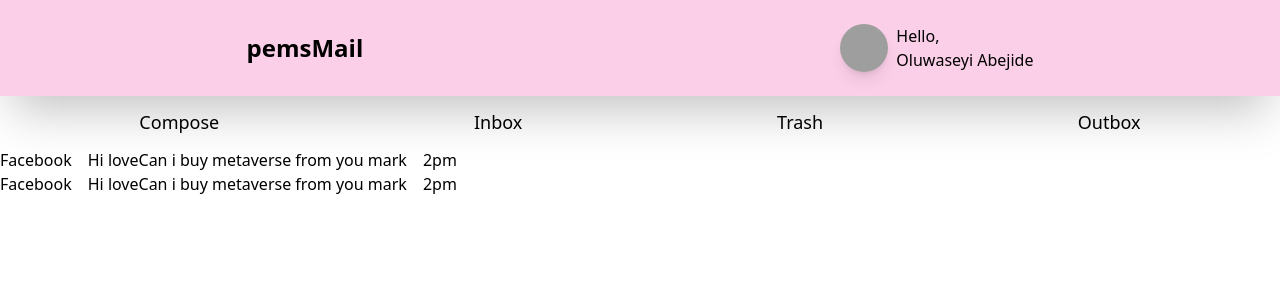
Repository: Semanmernstack/mailclone
Page: /
An editor plug-in stored every save of this project. The page is shown before and after the next save, followed by the edit.
The browser window is 1280 px wide. The pictures show the whole page.
Pictures or frames that could not be fetched are drawn as grey boxes. The project was rebuilt for these pictures with package versions that can differ from the ones it lists, and the page was loaded fresh each time. Also part of the build but not shown: src/features/counter/Counter.module.css, src/features/counter/Counter.js.

Above is the page before, as saved 2023-01-16 02:48:27.

### src/App.js
import React from 'react';

import { Counter } from './features/counter/Counter';
import Header from './Header';
import {
  BrowserRouter,
  Routes,
  Route,
} from "react-router-dom";
import Open from './Open';
import Topbar from './Topbar';


function App() {
  return (
    <div className="App">

      <BrowserRouter>

        <Header/>
        <Topbar/>
        <Routes>
          <Route exact path="/" element={<Open/>} />
        </Routes>
      </BrowserRouter>
    </div>
  );
}

export default App;

### src/features/counter/counterSlice.js
import { createAsyncThunk, createSlice } from '@reduxjs/toolkit';
import { fetchCount } from './counterAPI';

const initialState = {
  value: 0,
  status: 'idle',
};

// The function below is called a thunk and allows us to perform async logic. It
// can be dispatched like a regular action: `dispatch(incrementAsync(10))`. This
// will call the thunk with the `dispatch` function as the first argument. Async
// code can then be executed and other actions can be dispatched. Thunks are
// typically used to make async requests.
export const incrementAsync = createAsyncThunk(
  'counter/fetchCount',
  async (amount) => {
    const response = await fetchCount(amount);
    // The value we return becomes the `fulfilled` action payload
    return response.data;
  }
);

export const counterSlice = createSlice({
  name: 'counter',
  initialState,
  // The `reducers` field lets us define reducers and generate associated actions
  reducers: {
    increment: (state) => {
      // Redux Toolkit allows us to write "mutating" logic in reducers. It
      // doesn't actually mutate the state because it uses the Immer library,
      // which detects changes to a "draft state" and produces a brand new
      // immutable state based off those changes
      state.value += 1;
    },
    decrement: (state) => {
      state.value -= 1;
    },
    // Use the PayloadAction type to declare the contents of `action.payload`
    incrementByAmount: (state, action) => {
      state.value += action.payload;
    },
  },
  // The `extraReducers` field lets the slice handle actions defined elsewhere,
  // including actions generated by createAsyncThunk or in other slices.
  extraReducers: (builder) => {
    builder
      .addCase(incrementAsync.pending, (state) => {
        state.status = 'loading';
      })
      .addCase(incrementAsync.fulfilled, (state, action) => {
        state.status = 'idle';
        state.value += action.payload;
      });
  },
});

export const { increment, decrement, incrementByAmount } = counterSlice.actions;

// The function below is called a selector and allows us to select a value from
// the state. Selectors can also be defined inline where they're used instead of
// in the slice file. For example: `useSelector((state: RootState) => state.counter.value)`
export const selectCount = (state) => state.counter.value;

// We can also write thunks by hand, which may contain both sync and async logic.
// Here's an example of conditionally dispatching actions based on current state.
export const incrementIfOdd = (amount) => (dispatch, getState) => {
  const currentValue = selectCount(getState());
  if (currentValue % 2 === 1) {
    dispatch(incrementByAmount(amount));
  }
};

export default counterSlice.reducer;

### src/Header.js
import React from 'react'

function Header() {
  return (
    <div className="flex items-center justify-around p-2     h-24 bg-pink-200 border-b-pink-800 shadow-2xl">
        <div>
            <h1 className="text-lg md:text-2xl font-semibold">pemsMail</h1>

        </div>
        <div className="flex items-center justify-evenly">

            <img className="h-12 w-12 rounded-full shadow-lg" src="https://cdn.pixabay.com/photo/2022/12/01/12/26/countryside-7629017__340.jpg" alt="pic" />
            <div className="ml-2">
                <p>Hello,</p>
                <p>Oluwaseyi Abejide</p>
            </div>
        </div>
    </div>
  )
}

export default Header

### src/Open.js
import React from 'react'
import OpenRow from './OpenRow'

function Open() {
  return (
    <div>
         <OpenRow
                    title="Facebook"
                    subject="Hi love"
                    description="Can i buy metaverse from you mark"
                    time="2pm"
                />
                <OpenRow
                    title="Facebook"
                    subject="Hi love"
                    description="Can i buy metaverse from you mark"
                    time="2pm"
                />
    </div>
  )
}

export default Open

### src/Topbar.js
import React from 'react'

function Topbar() {
  return (
    <div className="flex items-center justify-around text-lg p-3">
        <div className='hover:underline hover:text-red-900 hover:text-2xl'>
            <p>Compose</p>
        </div>
        <div className='hover:underline hover:text-red-900 hover:text-2xl'>
            <p>Inbox</p>
        </div>
        <div className='hover:underline hover:text-red-900 hover:text-2xl'>
            <p>Trash</p>
        </div>
        <div className='hover:underline hover:text-red-900 hover:text-2xl'>
            <p>Outbox</p>
        </div>
    </div>
  )
}

export default Topbar

### src/OpenRow.js
import React from 'react'

function OpenRow({ title, subject, description, time }) {
  return (
    <div className="flex gap-4">
      <div className="">
            <h3>{title}</h3>
        </div>
        <div className="">
            <h4>{subject}
                <span className=""  >{description}</span>
            </h4>
        </div>
        <div className="">
            <h4>{time}</h4>
        </div>
    </div>
  )
}

export default OpenRow

Loaded but not shown: public/index.html (common file); src/index.js (common file); src/app/store.js (common file); src/reportWebVitals.js (common file); src/index.css (common file); src/features/counter/counterAPI.js (common file); tailwind.config.js (common file)

After the next save:
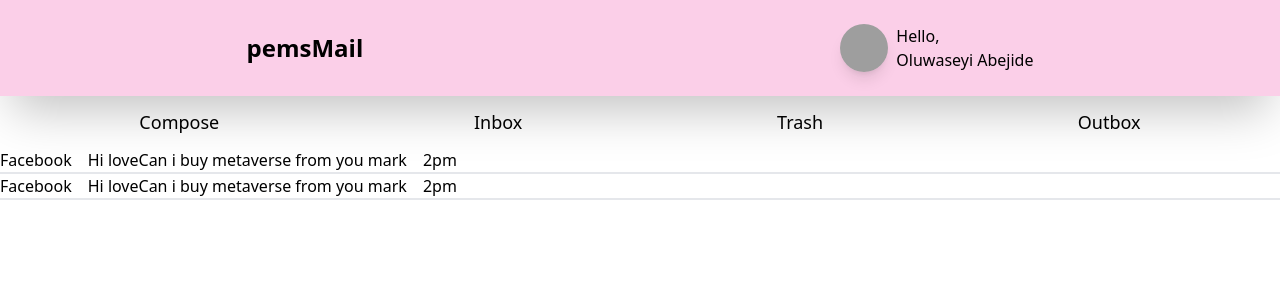
Saved 44 s later.
--- a/src/OpenRow.js
+++ b/src/OpenRow.js
@@ -2,7 +2,7 @@
 
 function OpenRow({ title, subject, description, time }) {
   return (
-    <div className="flex gap-4">
+    <div className="flex gap-4 border-b-2">
       <div className="">
             <h3>{title}</h3>
         </div>

After the save that followed:
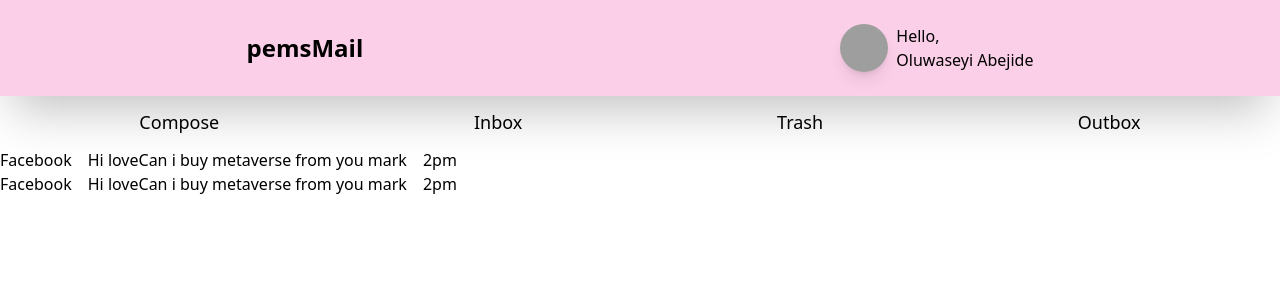
Saved 56 s later.
--- a/src/OpenRow.js
+++ b/src/OpenRow.js
@@ -2,7 +2,7 @@
 
 function OpenRow({ title, subject, description, time }) {
   return (
-    <div className="flex gap-4 border-b-2">
+    <div className="flex gap-4 border-b-red">
       <div className="">
             <h3>{title}</h3>
         </div>
